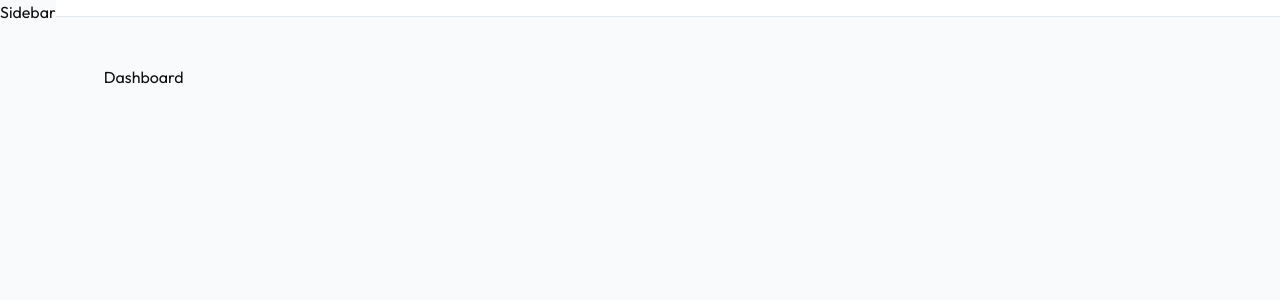
Repository: CoderShanto/social-scheduler
Page: /dashboard (app in client/)
These files come from the project's save history. The page is drawn as it stood at one moment and after the next save; the edit follows.
The browser window is 1280 px wide. The pictures show the whole page.
The project was rebuilt for these pictures with package versions that can differ from the ones it lists, and the page was loaded fresh each time. Also part of the build but not shown: client/vite.config.ts, client/src/components/Home/Navbar.tsx, client/src/components/Home/Hero.tsx, client/src/components/Home/Features.tsx, client/src/components/Home/HowItWorks.tsx, client/src/components/Home/Testimonials.tsx, client/src/components/Home/Pricing.tsx, client/src/components/Home/CTA.tsx and 6 more.

Above is the page before, as saved 2026-06-23 03:40:43.

After the next save:
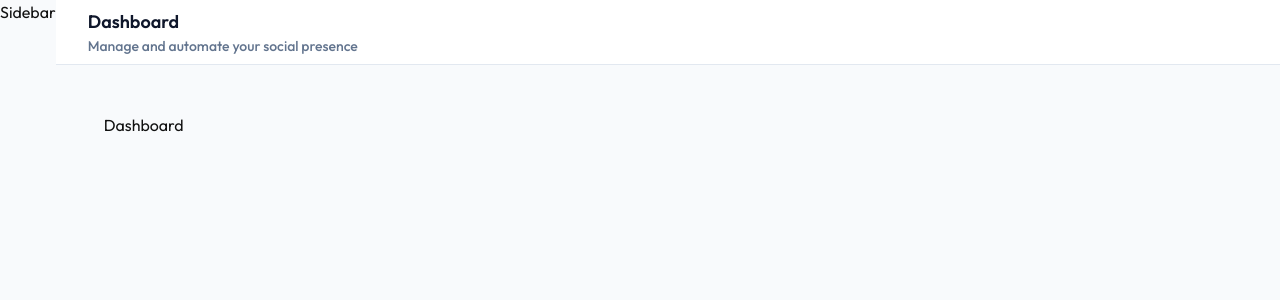
Saved 4 min 58 s later.
--- a/client/src/components/Layout.tsx
+++ b/client/src/components/Layout.tsx
@@ -1,6 +1,7 @@
 import React, { useState } from 'react'
 import Sidebar from './Sidebar'
 import { Outlet } from 'react-router-dom';
+import { MenuIcon } from 'lucide-react';
 
 const Layout = () => {
 
@@ -20,6 +21,15 @@ const Layout = () => {
         {/* Top Bar */}
         <header className='flex items-center justify-between border-b border-slate-200 bg-white px-4 py-2 sm:px-6 lg:px-8'>
 
+
+            <button className='text-slate-500 hover:text-slate-600 md:hidden' onClick={() => setIsMobileMenuOpen(true)}>
+              <MenuIcon className="size-6" />
+          </button>
+          <div>
+            <h1 className='text-lg font-semibold text-slate-900'>Dashboard</h1>
+            <p className='text-sm font-medium text-slate-500'>Manage and automate your social presence</p>
+          </div>
+
         </header>
         <main className="flex-1 overflow-auto p-4 sm:p-6 md:p-8 xl:p-12">
           <Outlet />
